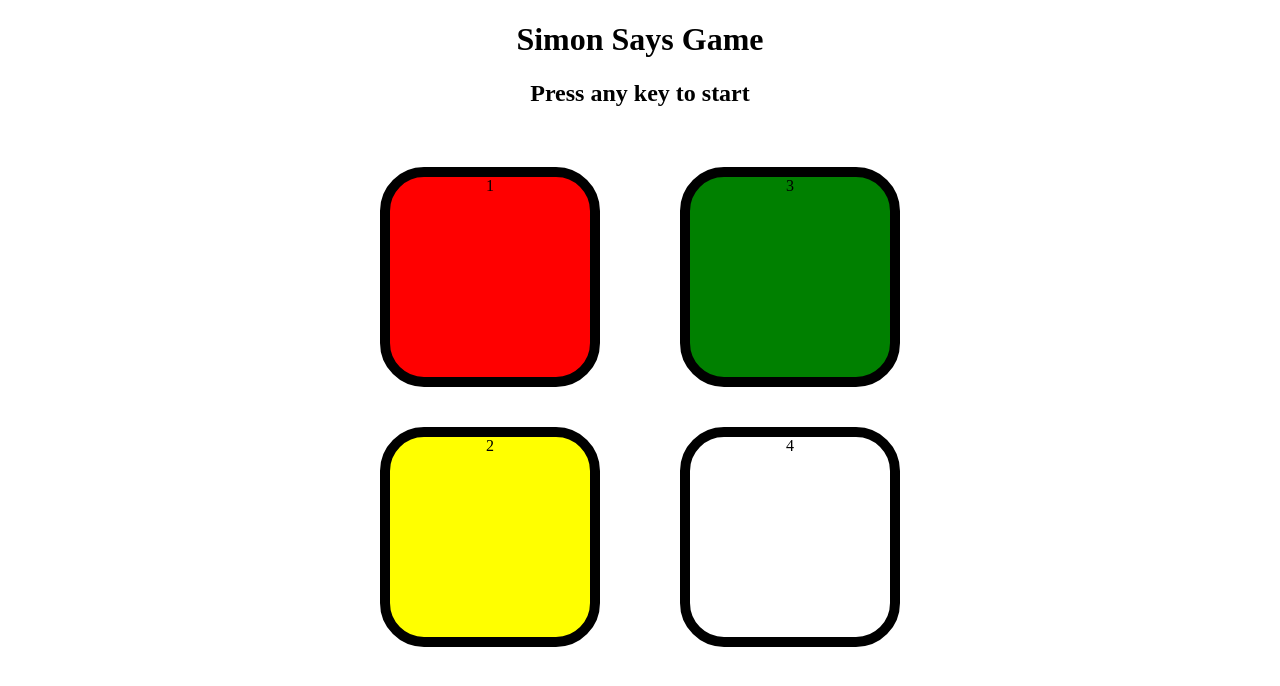
Repository: Manish-tomar-aligarh/Simon-Says-Game
Page: index.html
An editor plug-in stored every save of this project. The page is shown before and after a run of saves, followed by the edit.
The browser window is 1280 px wide. The pictures show the whole page.

Above is the page before, as saved 2025-05-25 11:31:10.

### index.html
<!DOCTYPE html>
<html lang="en">
<head>
    <meta charset="UTF-8">
    <meta name="viewport" content="width=device-width, initial-scale=1.0">
    <title>Simon Says Game</title>
    <link rel="stylesheet" href="style.css">
</head>
<body>
    <h1>Simon Says Game</h1>
    <h2>Press any key to start</h2>

    <div class="box-container">

        <div class="line-one">
            <div class="btn red">1</div>
        <div class="btn yellow">2</div>

        </div>
        <div class="line-two">
            <div class="btn green">3</div>
        <div class="btn purple">4</div>

        </div>


    </div>

    <script src="app.js"></script>

</body>
</html>

### style.css
body{
    text-align: center;
}

.btn{
    height:200px;
    width:200px;
    border-radius: 20%;
    border : 10px solid black;
    margin:2.5rem;
}

.box-container{
    display:flex;
    justify-content: center;

}
.yellow{
    background-color: yellow;
}
.red{
    background-color: red;
}
.green{
    background-color: green;
}

Loaded but not shown: app.js (no copy from this time; the picture is the same without it)

After the next 2 saves:
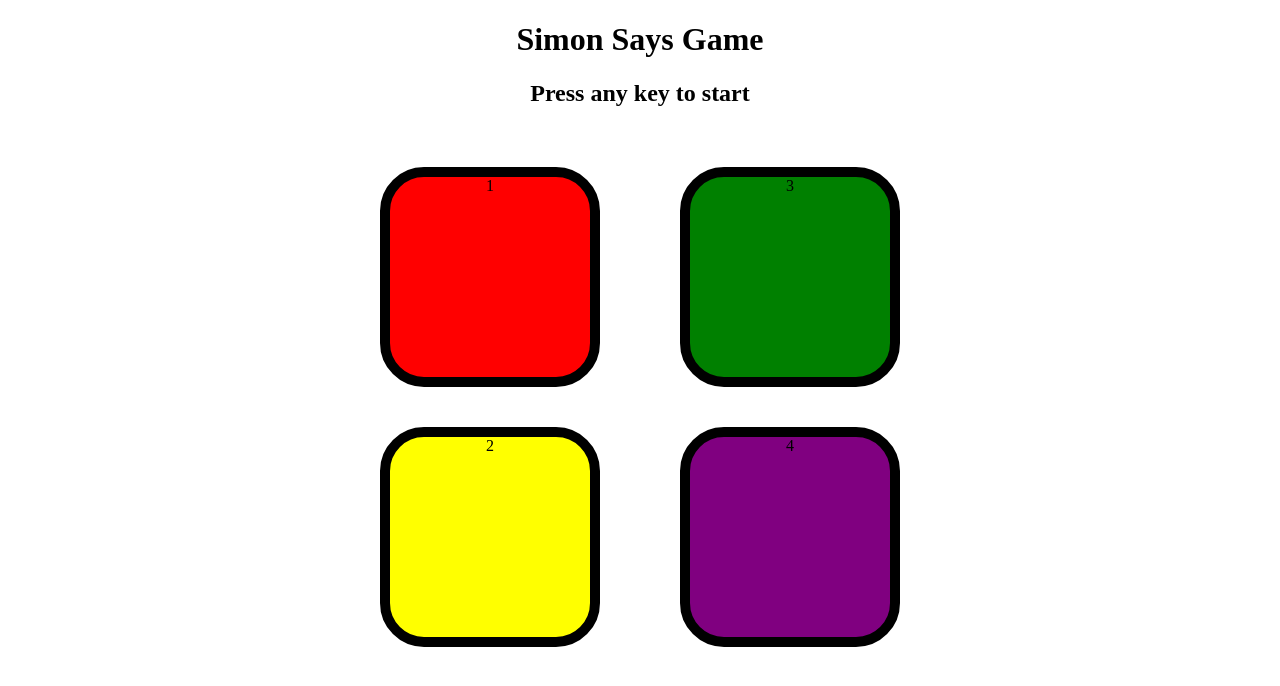
The 2 saves are shown as one change because they came seconds apart.
The last was saved 9 s later.
--- a/style.css
+++ b/style.css
@@ -24,3 +24,6 @@ body{
 .green{
     background-color: green;
 }
+.purple{
+    background-color: purple;
+}
